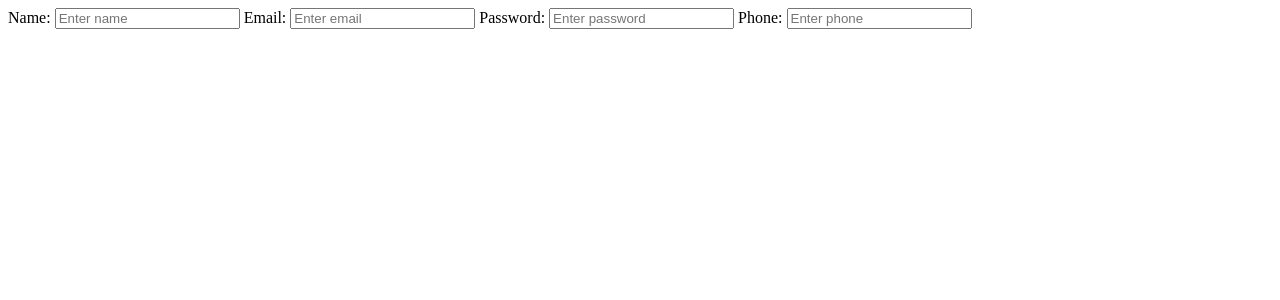
Repository: jaypatil2003dev/SpringBoot
Page: http://localhost/SB-01-MVC-Project/register.jsp
An editor plug-in stored every save of this project. The page is shown before and after the next save, followed by the edit.
The browser window is 1280 px wide. The pictures show the whole page.
The page is served by Tomcat 9.

Above is the page before, as saved 2025-12-08 18:43:08.

### SB-01-MVC-Project/src/main/webapp/register.jsp
<%@ page language="java" contentType="text/html; charset=UTF-8"
    pageEncoding="UTF-8"%>
<!DOCTYPE html>
<html>
<head>
<meta charset="UTF-8">
<title>Insert title here</title>
</head>
<body>

     <form action="" method="post">
       <label>Name:</label>
       <input type="text" name="name" placeholder="Enter name" required>

        <label>Email:</label>
       <input type="email" name="email" placeholder="Enter email" required>

        <label>Password:</label>
       <input type="password" name="password" placeholder="Enter password" required>

        <label>Phone:</label>
       <input type="number" name="phone" placeholder="Enter phone" required>

     </form>

</body>
</html>

After the next save:
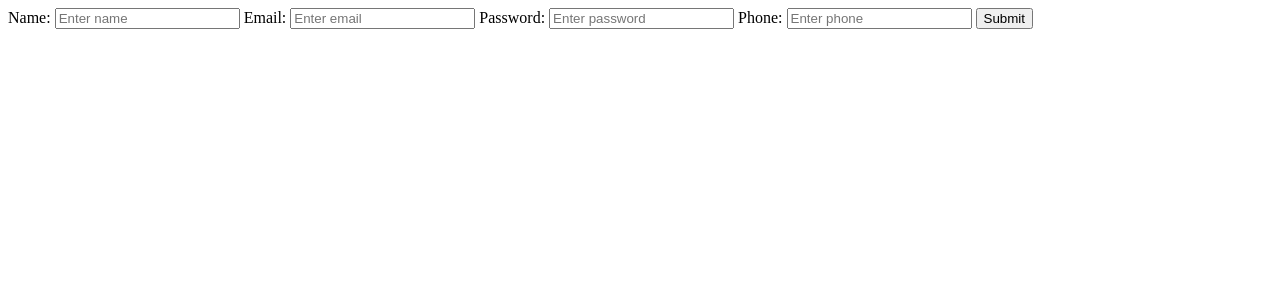
Saved 31 s later.
--- a/SB-01-MVC-Project/src/main/webapp/register.jsp
+++ b/SB-01-MVC-Project/src/main/webapp/register.jsp
@@ -21,6 +21,8 @@
         <label>Phone:</label>
        <input type="number" name="phone" placeholder="Enter phone" required>
 
+       <input type="button" value="Submit">
+
      </form>
 
 </body>
